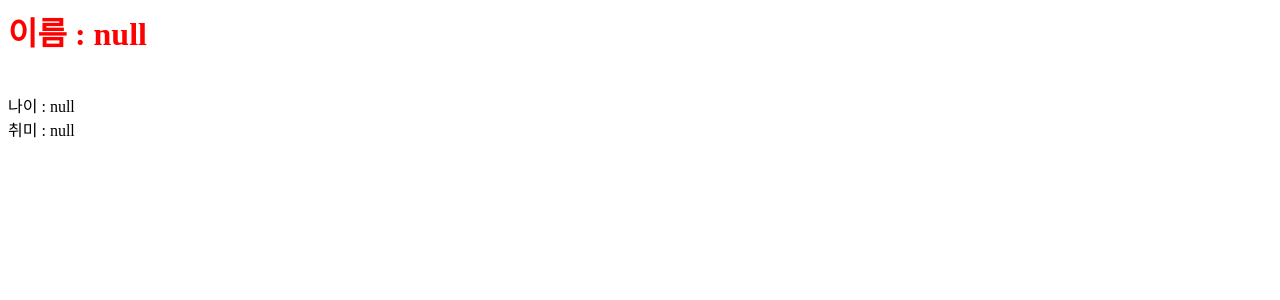
Repository: jiwonnn98/KB-academy
Page: http://localhost/step05_servlet/hobby
An editor plug-in stored every save of this project. The page is shown before and after the next save, followed by the edit.
The browser window is 1280 px wide. The pictures show the whole page.
The page is served by Tomcat 9.

Above is the page before, as saved 2023-08-14 06:39:19.

After the next save:
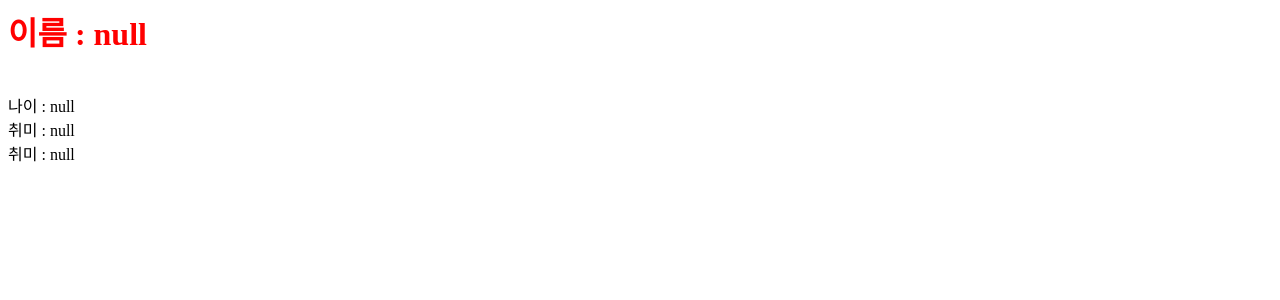
Saved 27 s later.
--- a/step05_servlet/src/main/java/kb/servlet/HobbyCheckServlet.java
+++ b/step05_servlet/src/main/java/kb/servlet/HobbyCheckServlet.java
@@ -24,7 +24,7 @@ public class HobbyCheckServlet extends HttpServlet {
 		String age = req.getParameter("age");
 		String hobby = req.getParameter("hobby");
 
-		String[] gobbys = req.getParameterValues("hobby");
+		String[] hobbys = req.getParameterValues("hobby");
 
 		System.out.println("name : "+ name);
 		System.out.println("age : "+ age);
@@ -36,7 +36,8 @@ public class HobbyCheckServlet extends HttpServlet {
 		out.print("<body>");
 		out.println("<h1 style='color:red'>이름 : "+name +"</h1>"
 				+ "<br>나이 : " + age
-				+ "<br>취미 : " + hobby);
+				+ "<br>취미 : " + hobby
+				+ "<br>취미 : "+ hobbys);
 		out.print("</body>");
 		out.print("</html>");
 
